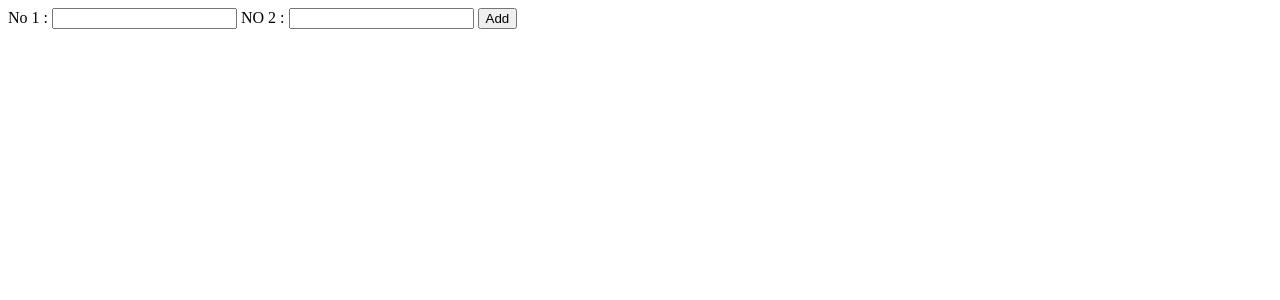
Repository: omsolanki271/Advanced-Java-Servlet-Practicals
Page: 02_HttpServlet_Project/src/main/webapp/cal.html
An editor plug-in stored every save of this project. The page is shown before and after the next save, followed by the edit.
The browser window is 1280 px wide. The pictures show the whole page.

Above is the page before, as saved 2026-02-12 08:34:16.

### 02_HttpServlet_Project/src/main/webapp/cal.html
<!DOCTYPE html>
<html>
	<head>
		<meta charset="UTF-8">
		<title>Insert title here</title>
	</head>
<body>

<form action="calweb" method="get">
	No 1 : <input type="text" name="no1">
	NO 2 : <input type="text" name="no2">
	<input type="submit" name="sub" value="Add">
</form>
</body>
</html>

After the next save:
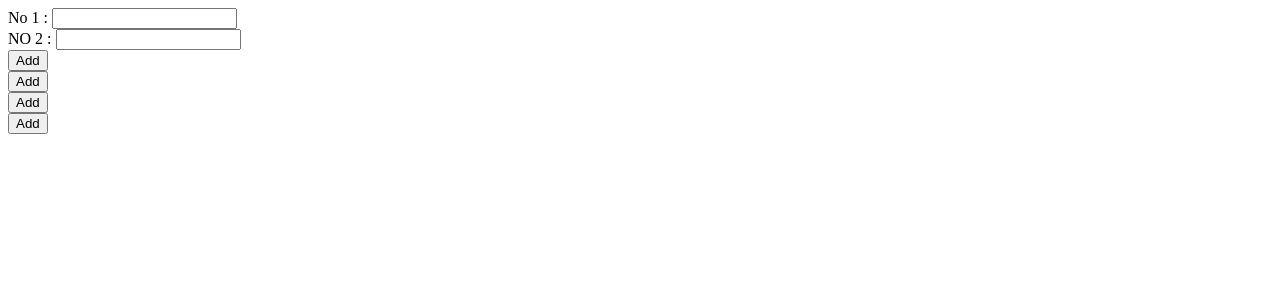
Saved 2 min 20 s later.
--- a/02_HttpServlet_Project/src/main/webapp/cal.html
+++ b/02_HttpServlet_Project/src/main/webapp/cal.html
@@ -7,9 +7,13 @@
 <body>
 
 <form action="calweb" method="get">
-	No 1 : <input type="text" name="no1">
-	NO 2 : <input type="text" name="no2">
+	No 1 : <input type="text" name="no1"><br>
+	NO 2 : <input type="text" name="no2"><br>
+	<input type="submit" name="sub" value="Add"><br>
+	<input type="submit" name="sub" value="Add"><br>
+	<input type="submit" name="sub" value="Add"><br>
 	<input type="submit" name="sub" value="Add">
+
 </form>
 </body>
 </html>
